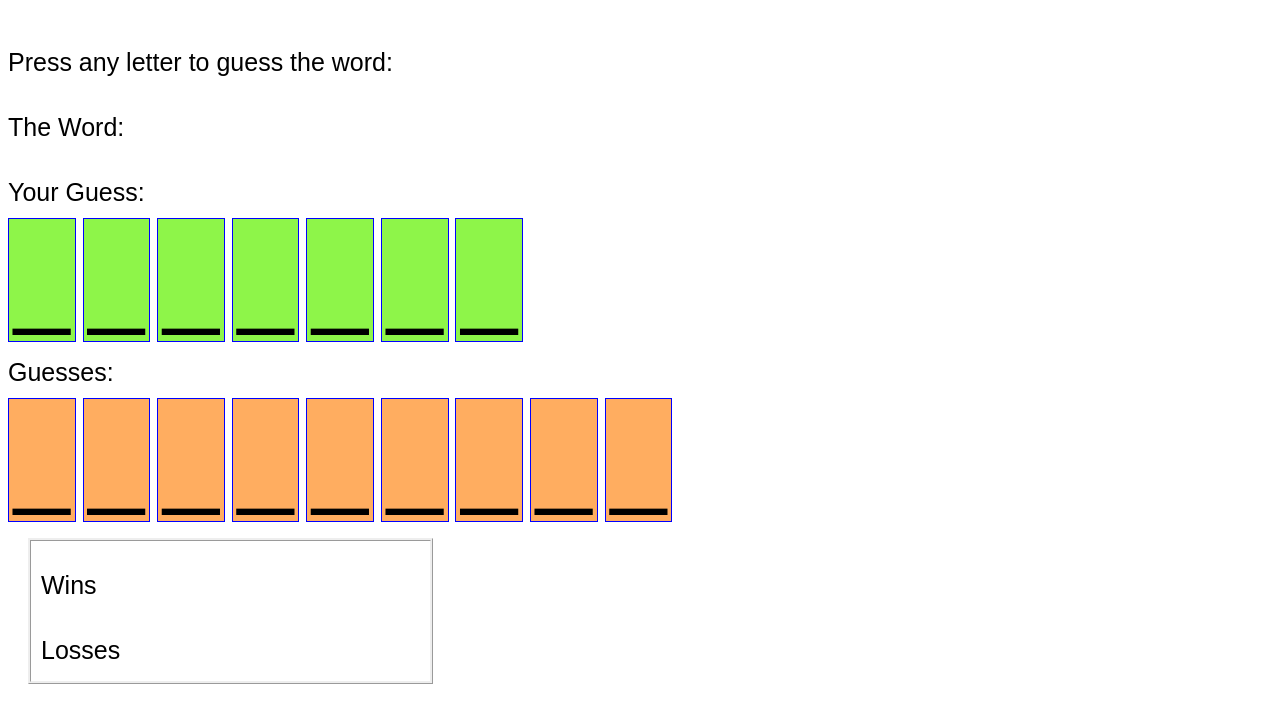
Repository: dsaftler/JavaScript
Page: index.html
The author's editor kept a copy of each file at every save. The page is drawn from the files as they stood at one save, then again after the next save.
The browser window is 1280 px wide. The pictures show the whole page.

Above is the page before, as saved 2019-03-30 22:45:48.

### index.html
<!DOCTYPE html>
<html lang="en">
<head>
  <meta charset="UTF-8">
  <meta name="viewport" content="width=device-width, initial-scale=1.0">
  <meta http-equiv="X-UA-Compatible" content="ie=edge">
  <link href="https://fonts.googleapis.com/css?family=Ubuntu+Mono" rel="stylesheet">
  <link rel="stylesheet" href="assets\css\style.css">

  <title>JavaScript Hangman Game</title>
</head>
<body>
    <div class="container showtext">
        <div class="instructions showtext">Press any letter to guess the word: </div>
        <span width: 50%>
         <div class="word showtext">The Word:</div>
         <div id="correctWord" class="floater"></div>
        </span>
         <div id="curGuess" class="word showtext">Your Guess: </div>
         <div class="letter match" id="chr_0">_</div>
         <div class="letter match" id="chr_1">_</div>
         <div class="letter match" id="chr_2">_</div>
         <div class="letter match" id="chr_3">_</div>
         <div class="letter match" id="chr_4">_</div>
         <div class="letter match" id="chr_5">_</div>
         <div class="letter match" id="chr_6">_</div>


        <div class="guesses showtext" id="showRemaining">Guesses: </div>

        <div class="letter guessed" id="guess_0">_</div>
        <div class="letter guessed" id="guess_1">_</div>
        <div class="letter guessed" id="guess_2">_</div>
        <div class="letter guessed" id="guess_3">_</div>
        <div class="letter guessed" id="guess_4">_</div>
        <div class="letter guessed" id="guess_5">_</div>
        <div class="letter guessed" id="guess_6">_</div>
        <div class="letter guessed" id="guess_7">_</div>
        <div class="letter guessed" id="guess_8">_</div>


      <div class="score">
      <div class="showtext" id="showWins">Wins</div>
      <div class="showtext" id="showLosses">Losses</div>
      </div>
    </div>

    <script type="text/javascript" src="assets/javascript/game.js"></script>


</body>
</html>

### assets/css/style.css
body {font-family: 'Ubuntu Monospace', sans-serif;
font-weight: 400}
.showtext {height:35px;
padding: 20px 0 10px;
font-size: 25px;}
.letter {font-size: 100px;
  display: inline;
  padding: 5px;}
.match {
  border: 1px solid blue;
  background-color: rgb(142, 245, 73)}
.guessed {
  font-weight: 100;
  border: 1px solid blue;
  background-color: rgb(255, 173, 96)}
.floater {
  float: left
}
.score{
  margin-top: 20px;
  margin-left: 20px;
  padding:10px;
  height:120px;
  width: 30%;
  border-style: ridge}

### assets/javascript/game.js

// Variables
var wordArr
var cntWins,
  curCntGuess,
  ltr_0,
  ltr_1,
  ltr_2,
  ltr_3,
  ltr_4,
  ltr_5,
  ltr_6;

 var ltrTried_0,
  ltrTried_1,
  ltrTried_2,
  ltrTried_3,
  ltrTried_4,
  ltrTried_5,
  ltrTried_6,
  ltrTried_7,
  ltrTried_8,
  ltrTried_9 ;

var maxGuesses=9,
   cntWins=0,
   cntLosses=0;
var userGuess;
// within the game
// while wordArr.length>0
//while (wordArr.length>0) {
var curPtr,curCntGuess,
  curLetter,curWord,myWord,
  badGuess, curWordArr,builtWord,
  isFound,
  curPtr=0,
  firstTime=true;

  console.log('firstTime:' +firstTime)
  wordArr= ["unicorn","griffin","dragon","mermaid","centaur","pegasus"];
initGame();

document.onkeypress = function(event){
  isFound=false
  // Determines which key was pressed.
  var userGuess = event.key;
  userGuess=userGuess.toLowerCase()
  console.log("userGuess: "+userGuess);
  // is userGuess already in badGuess
  showValue("curGuess",userGuess);

  for (let i=0; i<badGuess.length; i++) {
        //See if that letter was already chosen by parsing badGuess
    if (badGuess[i]===userGuess){
      alert("You alread guessed "+userGuess)
      isFound=true
    }
  }
                //see if it's in the target word
                // for every letter in curWord, see if that letter exists at that index  charAt(index)
  console.log("curWordArr "+curWordArr)
  if (!isFound)
  {
    for (let i=0; i<curWordArr.length; i++)
    {
                  //if index [j]is blank and matches our guess

      if (curWordArr[i]===userGuess)
      {
        console.log("curWordArr "+i+'='+curWordArr[i])
        builtWord[i]=userGuess
                 //set getElementId for that index (see if I can create a variable "ltr_"+(toString([j]))
        //id="chr_0"
        el='chr_'+i
        showValue(el,userGuess)
        //getElementById(el).textContent:userGuess;
        isFound=true
      }
    }
  }
  if (!isFound)
  {
    el="guess_"+badGuess.length;
    showValue(el,userGuess)  ;
    // push to badGuess
      badGuess.push(userGuess);
      console.log("badGuess: "+badGuess)
      curCntGuess++
      console.log("curCntGuess :" +curCntGuess)
      // push content for ltrTried ids
      // show content for badguesses
  }



  if (curCntGuess>=maxGuesses){
      //alert('You lost')
      cntLosses;
      showValue("showLosses",cntLosses)
      showValue("correctWord",curWord)
      showValue("curGuess",'')
      nextWord()
  } else {
    if (collapseArray()===curWord){
      alert("You won")
      cntWins++;
      showValue("showWins",cntWins)
      showValue("curGuess",'')
      nextWord()
    } else {
      myWord=''
    }
  }

}


function initGame(){
  allLetters = document.querySelectorAll('.letter');
  allLetters.forEach(element => {
    element.textContent = '_';
  });
  curCntGuess = 0;
  curLetter="";
  curWord="";
  myWord="";
  badGuess = [];
  curWordArr=[];
  builtWord=[];
  console.log("WordArr aft: "+wordArr)
  console.log("wordArr.length: "+wordArr.length)
  curPtr=getRandomPtr(wordArr.length); //0
  console.log("curPtr: "+curPtr)
  //curWordArr = array the word at that index
  curWord=wordArr[curPtr];   //unicorn
  console.log("curWord: "+curWord)
  for (let i=0; i<curWord.length; i++){
    myLetter=curWord.charAt([i]);
    //console.log(myLetter);
    curWordArr.push(myLetter);
  }
  //clear the ltrTried & ltr elements
  //console.log(curPtr);
  //console.log(curWord);
  console.log("curWordArr "+curWordArr)
}

function nextWord(){
  console.log("Word Arr b4: " +wordArr)
  wordArr.splice(curPtr,1)
  // var newArr=Array.from(wordArr)
  // console.log("WordArr aft: "+wordArr)
  // console.log("newArr aft: "+newArr)
  // console.log("wordArr.length: "+wordArr.length)
  // console.log("newArr length: "+newArr.length)
  // wordArr=[];
  // wordArr=Array.from(newArr)
  // console.log("WordArr from newArr: "+wordArr)
  // console.log("wordArr.length: "+wordArr.length)

  if (wordArr.length===0){
    alert("End of Game")
  }else{
    initGame()
  }
}
function showValue(thisId,thisValue){
  var target=document.getElementById(thisId);
  console.log(thisValue)
  console.log(thisId)
  target.innerHTML=thisValue;
}
function addValue(thisId,thisValue){
  var target=document.getElementById(thisId);
  target.innerHTML=target.innerHTML+thisValue;
}
function collapseArray(){

  for (let k=0; k<builtWord.length; k++) {
    localVal=builtWord[k]
    if (typeof(localVal)!='undefined') {
   // console.log("myWord length: "+myWord.length+ " K is "+localVal)
    myWord=myWord+localVal
   //console.log("myWord "+myWord)
    }
  }
  return myWord
}


function getUserGuess() {
  var userGuess= document.getElementById("getKeyPress");
  userGuess=userGuess.toLowerCase();


  }



function getRandomPtr(max) {
      return Math.floor(Math.random() * Math.floor(max));
      // this will return 0 through max-1
}
function getRandomInt(max) {
  return getRandomPtr(max)+1
  // this will return 1 through max
}

After the next save:
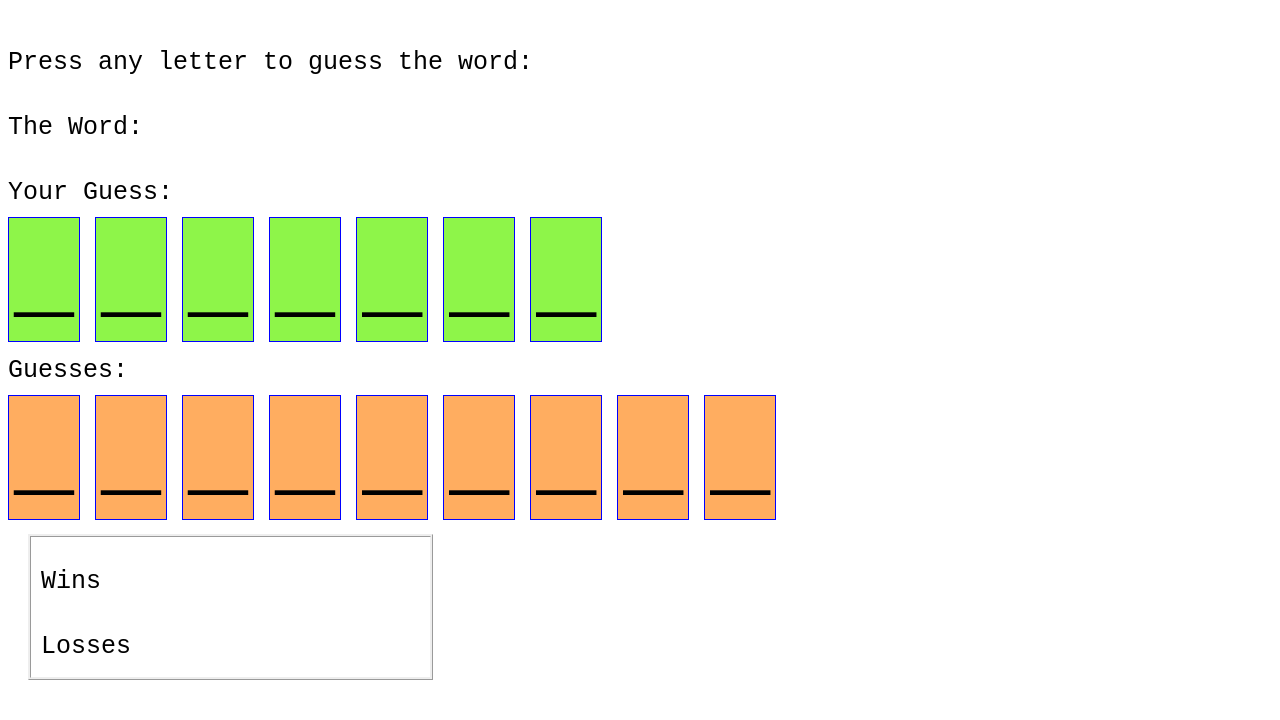
Saved 2 min 20 s later.
--- a/assets/css/style.css
+++ b/assets/css/style.css
@@ -1,4 +1,4 @@
-body {font-family: 'Ubuntu Monospace', sans-serif;
+body {font-family: 'Ubuntu+Mono',monospace, sans-serif;
 font-weight: 400}
 .showtext {height:35px;
 padding: 20px 0 10px;
